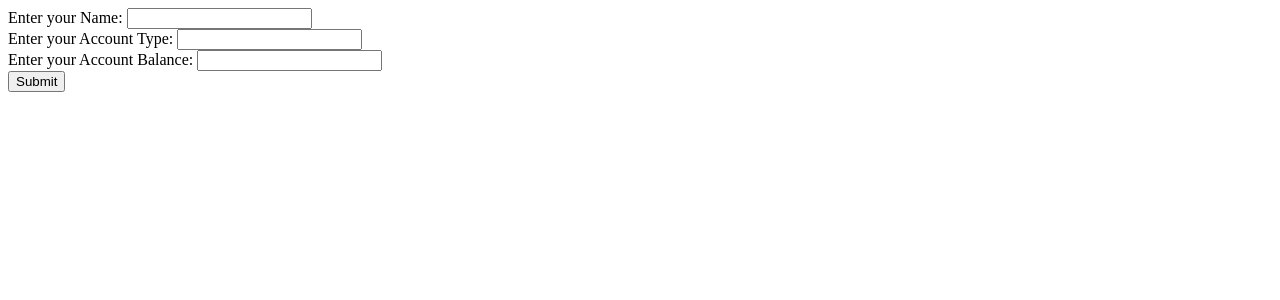
Repository: tumsare400/Adv-Java-Workspace
Page: http://localhost/bank-mvc/
These files come from the project's save history. The page is drawn as it stood at one moment and after the next save; the edit follows.
The browser window is 1280 px wide. The pictures show the whole page.
The page is served by Tomcat 9. Other server files are loaded and not shown.

Above is the page before, as saved 2019-04-13 06:22:41.

### SpringMVC/bank-mvc/WebContent/index.jsp
<%@ page language="java" contentType="text/html; charset=ISO-8859-1"
	pageEncoding="ISO-8859-1"%>
<!DOCTYPE html>
<html>
<head>
<meta charset="ISO-8859-1">
<title>Insert title here</title>
</head>
<body>
	<form action="/PersonSpringMVC/app/person/new" method="post">
		Enter your Name: <input type="text" name="accountHolderName"> <br />
		Enter your Account Type: <input type="text" name="accountType"> <br />
			Enter your Account Balance: <input type="number" name="accountBalance"> <br />
		<input type="submit" valur="Save"/>
	</form>
</body>
</html>

After the next save:
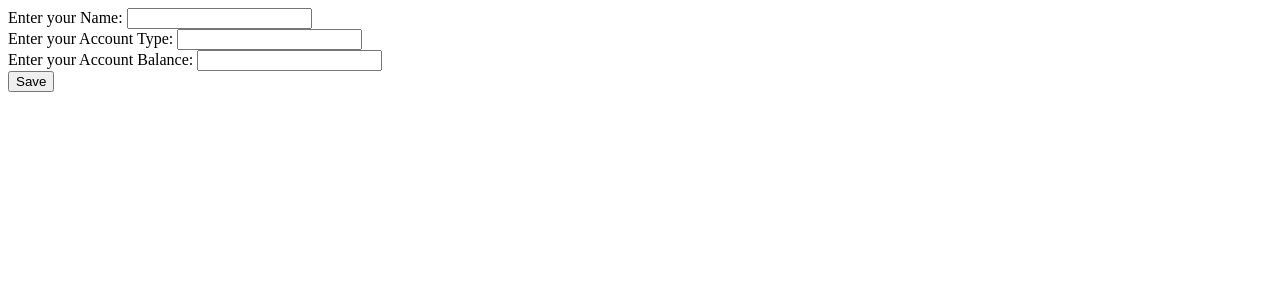
Saved 9 s later.
--- a/SpringMVC/bank-mvc/WebContent/index.jsp
+++ b/SpringMVC/bank-mvc/WebContent/index.jsp
@@ -11,7 +11,7 @@
 		Enter your Name: <input type="text" name="accountHolderName"> <br />
 		Enter your Account Type: <input type="text" name="accountType"> <br />
 			Enter your Account Balance: <input type="number" name="accountBalance"> <br />
-		<input type="submit" valur="Save"/>
+		<input type="submit" value="Save"/>
 	</form>
 </body>
 </html>
